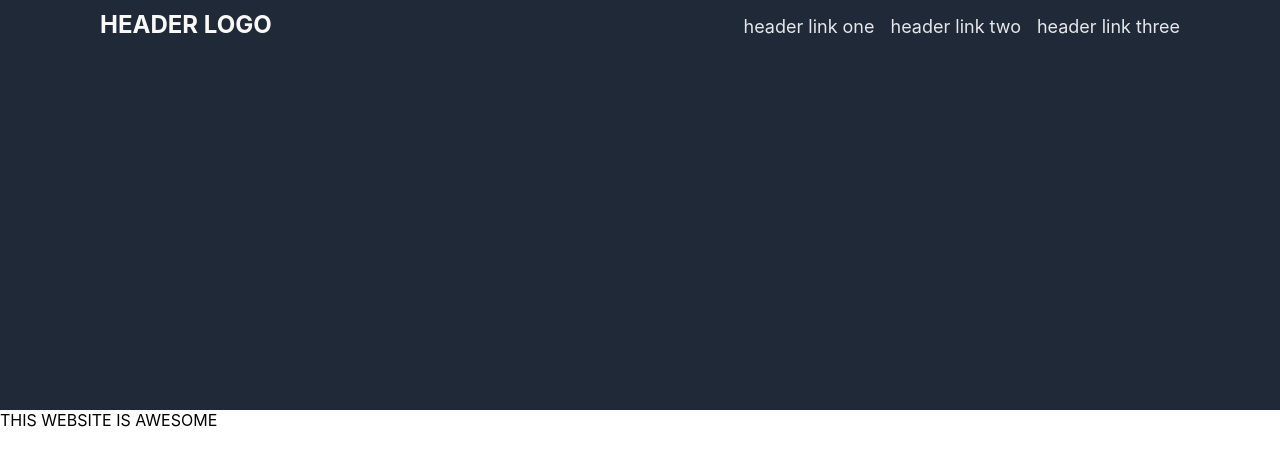
Repository: bbrockbrown/landing-page
Page: index.html
The author's editor kept a copy of each file at every save. The page is drawn from the files as they stood at one save, then again after the next save.
The browser window is 1280 px wide. The pictures show the whole page.

Above is the page before, as saved 2024-07-24 11:32:33.

After the next save:
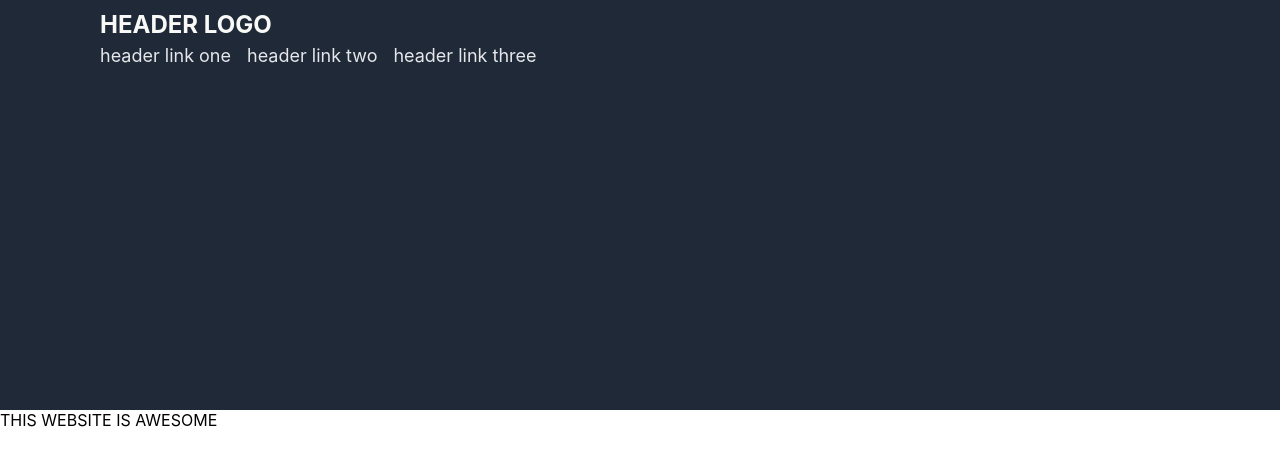
Saved 60 s later.
--- a/index.html
+++ b/index.html
@@ -9,12 +9,14 @@
 <body>
 
     <div class="header">
-        <div class="logo" style="font-weight: bolder">HEADER LOGO</div>
-        <ul class="header-links">
-            <li><a href="https://www.google.com/" target="_blank">header link one</a></li>
-            <li><a href="https://www.google.com/" target="_blank">header link two</a></li>
-            <li><a href="https://www.google.com/" target="_blank">header link three</a></li>
-        </ul>
+        <div class="upper-header">
+            <div class="logo" style="font-weight: bolder">HEADER LOGO</div>
+            <ul class="header-links">
+                <li><a href="https://www.google.com/" target="_blank">header link one</a></li>
+                <li><a href="https://www.google.com/" target="_blank">header link two</a></li>
+                <li><a href="https://www.google.com/" target="_blank">header link three</a></li>
+            </ul>
+        </div>
     </div>
 
     <div class="header-content">
